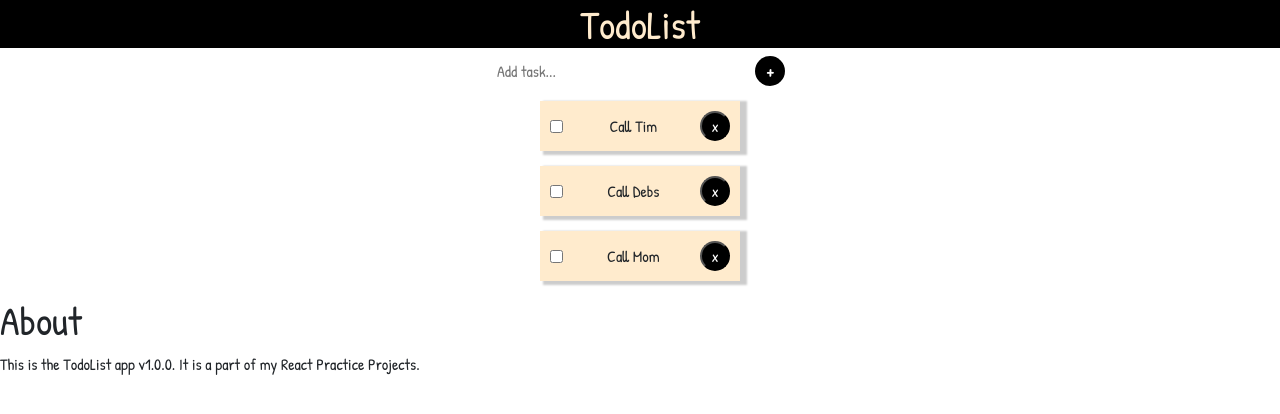
Repository: latenightsnacc/React-Projects
Page: /about (app in todolist/)
An editor plug-in stored every save of this project. The page is shown before and after the next save, followed by the edit.
The browser window is 1280 px wide. The pictures show the whole page.
The project was rebuilt for these pictures with package versions that can differ from the ones it lists, and the page was loaded fresh each time.

Above is the page before, as saved 2020-07-02 14:49:37.

### todolist/public/index.html
<!DOCTYPE html>
<html lang="en">
  <head>
    <meta charset="utf-8" />
    <link rel="icon" href="%PUBLIC_URL%/favicon.ico" />
    <meta name="viewport" content="width=device-width, initial-scale=1" />
    <meta name="theme-color" content="#000000" />
    <meta
      name="description"
      content="Web site created using create-react-app"
    />
    <link rel="apple-touch-icon" href="%PUBLIC_URL%/logo192.png" />
    <link rel="stylesheet" href="https://stackpath.bootstrapcdn.com/bootstrap/4.5.0/css/bootstrap.min.css" integrity="sha384-9aIt2nRpC12Uk9gS9baDl411NQApFmC26EwAOH8WgZl5MYYxFfc+NcPb1dKGj7Sk" crossorigin="anonymous">
    <link rel="manifest" href="%PUBLIC_URL%/manifest.json" />
    <link href="https://fonts.googleapis.com/css2?family=Patrick+Hand&display=swap" rel="stylesheet">
    <title>React App</title>
  </head>
  <body>
    <noscript>You need to enable JavaScript to run this app.</noscript>
    <div id="root"></div>
    <!--
      This HTML file is a template.
      If you open it directly in the browser, you will see an empty page.

      You can add webfonts, meta tags, or analytics to this file.
      The build step will place the bundled scripts into the <body> tag.

      To begin the development, run `npm start` or `yarn start`.
      To create a production bundle, use `npm run build` or `yarn build`.
    -->
  </body>
</html>

### todolist/src/App.js
import React, {Component} from 'react';
import TodoList from './components/TodoList';
import Header from './components/layout/Header';
import './styles/App.scss';
import AddItem from './components/AddItem';
import { v4 as uuidv4} from 'uuid';
import { BrowserRouter as Router, Route} from 'react-router-dom';
import About from './pages/About';

class App extends Component  {
  constructor(props){
    super(props);
    this.state = {
      todos: [
        {
          id: uuidv4(),
          title: 'Call Tim',
          completed: false
        },
        {
          id: uuidv4(),
          title: 'Call Debs',
          completed: false
        },
        {
          id: uuidv4(),
          title: 'Call Mom',
          completed: false
        }
      ]
    }

  }

  // Toggle Complete
  markComplete = (id) => {
    this.setState({
      todos: this.state.todos.map(task => {
        if(task.id === id){
          task.completed = !task.completed
        }
        return task;
      })
    })
  }

  // Delete Task
  deleteTask = (id) => {
    this.setState({
      todos: [...this.state.todos.filter(
        task => task.id !== id
      )]
    })
  }

  // Add a new task item
  addItem = (title) => {
    const newTask = {
      id: uuidv4(),
      title,
      completed: false
    };
    this.setState(
      {
        todos: [...this.state.todos, newTask]
      }
    );

  }
  render() {
    return (
      <Router>
        <div className="App">
          <Header />
          <Route path="/" render={props => (
            <div className="container">
              <AddItem addItem={this.addItem} />
              <TodoList tasks= {this.state.todos} markComplete={this.markComplete} deleteTask= {this.deleteTask} />
            </div>
          )} />
          <Route path="/about" component={About} />

        </div>
      </Router>
    );
  }

}

export default App;

### todolist/src/components/TodoList.js
import React, { Component } from 'react';
import PropTypes from 'prop-types';
import TodoItem from './TodoItem';

class TodoList extends Component {
    render() {
        return (
            <>
                <div style={todoList}>
                    {
                        this.props.tasks.map(task => {
                            return <TodoItem key={task.id} task= {task} markComplete={this.props.markComplete} deleteTask= {this.props.deleteTask} />
                        })
                    }
                </div>
            </>
        )
    }
}

const todoList = {
    display: 'flex',
    width: '100%',
    alignItems: 'center',
    flexDirection: 'column'
}
// PropTypes
TodoList.propTypes = {
    tasks: PropTypes.array.isRequired
}
export default TodoList;

### todolist/src/components/layout/Header.js
import React from 'react';
import { Link } from 'react-router-dom';

function Header() {
    return (
        <div style={headerStyle}>
           <h1>TodoList</h1>
        </div>
    )
}

const headerStyle = {
    background: 'black',
    color: '#ffebcd',
    textAlign: 'center',
    lineHeight: '1.4'
}

export default Header;

### todolist/src/styles/App.scss
@import "~bootstrap/scss/bootstrap";
@import url('https://fonts.googleapis.com/css2?family=Patrick+Hand&display=swap');

* {
    margin: 0;
    padding: 0;
    font-family: 'Patrick Hand', cursive;
}

.App {
    .container{
        display: flex;
        width: 100vw;
        flex-direction: column;
        align-items: center;
    }

}

.addBtn {
    height: 30px;
    width: 30px;
    border-radius: 50%;
    text-align: center;
    background-color: black;
    color: white;
    font-weight: bold;
    outline: none;
    margin-bottom: 15px;
    border: 0px;
}
.addItem {
    outline:none;
    border: 0;
    margin-bottom: 15px;
    color: black;
    padding: 2px;
    width: 260px;
    &:focus{
        outline:none;
        border-bottom: 1px solid black;
    }
}

### todolist/src/components/AddItem.js
import React, { Component } from 'react'

class AddItem extends Component {
    state = {
        title: ''
    }
    onChange = (e) => {
        this.setState({
            // use e.target.name to get the value for multiple fields
            [e.target.name]: e.target.value
        });
    }

    onSubmit = (e) => {
        e.preventDefault();
        this.props.addItem(this.state.title);
        this.setState({title: ''});
    }
    render() {
        return (
            <form onSubmit={this.onSubmit}   style={{display: 'flex'}}>
                <input
                type="text"
                name="title"
                placeholder="Add task..."
                className="addItem"
                value={this.state.title}
                onChange= {this.onChange}
                />
                <input
                type="submit"
                value="+"
                className="addBtn"
                />
            </form>
        )
    }
}

export default AddItem

### todolist/src/pages/About.js
import React from 'react'

function About() {
    return (
        <>
            <h1>About</h1>
            <p>This is the TodoList app v1.0.0. It is a part of
                my React Practice Projects.
            </p>
        </>
    )
}

export default About;

### todolist/src/components/TodoItem.js
import React, { Component } from 'react';
import PropTypes from 'prop-types';

class TodoItem extends Component {
    getStyle = () => {
        return {
            background: '#ffebcd',
            width: '200px',
            padding: '10px',
            display: 'flex',
            alignItems: 'center',
            justifyContent: 'space-between',
            marginBottom: '15px',
            boxShadow: '5px 2px 2px 2px #cccccc',
            textDecoration: this.props.task.completed ?
            'line-through'
            :'none'
        }
    }

    render() {
        const { id, title } = this.props.task;
        return (
            <>
                <div style={this.getStyle()}>
                    <input type="checkbox" onChange={this.props.markComplete.bind(this, id)} /> &nbsp;
                    {title}
                    <button style={btn} onClick={this.props.deleteTask.bind(this, id)}>x</button>
                </div>
            </>
        )
    }
}
const btn = {
    float: 'right',
    background: 'black',
    height: '30px',
    width: '30px',
    borderRadius: '50%',
    textAlign: 'center',
    color: 'white',
    outline: 'none'
}
// PropTypes
TodoItem.propTypes = {
    task: PropTypes.object.isRequired
}
export default TodoItem

Loaded but not shown: todolist/src/index.js (common file)

After the next save:
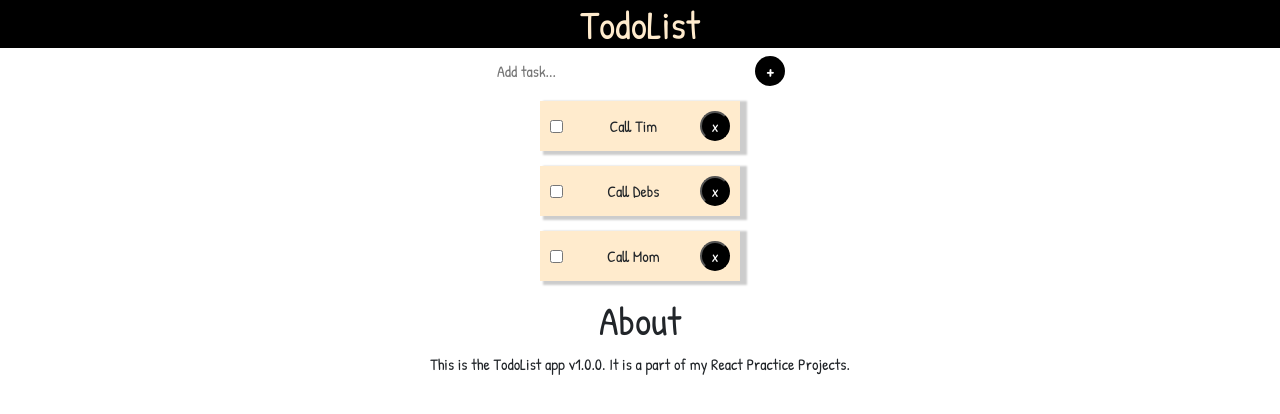
Saved 78 s later.
--- a/todolist/src/pages/About.js
+++ b/todolist/src/pages/About.js
@@ -3,10 +3,13 @@ import React from 'react'
 function About() {
     return (
         <>
-            <h1>About</h1>
-            <p>This is the TodoList app v1.0.0. It is a part of
-                my React Practice Projects.
-            </p>
+            <div className="container">
+                <h1>About</h1>
+                <p>This is the TodoList app v1.0.0. It is a part of
+                    my React Practice Projects.
+                </p>
+            </div>
+
         </>
     )
 }
